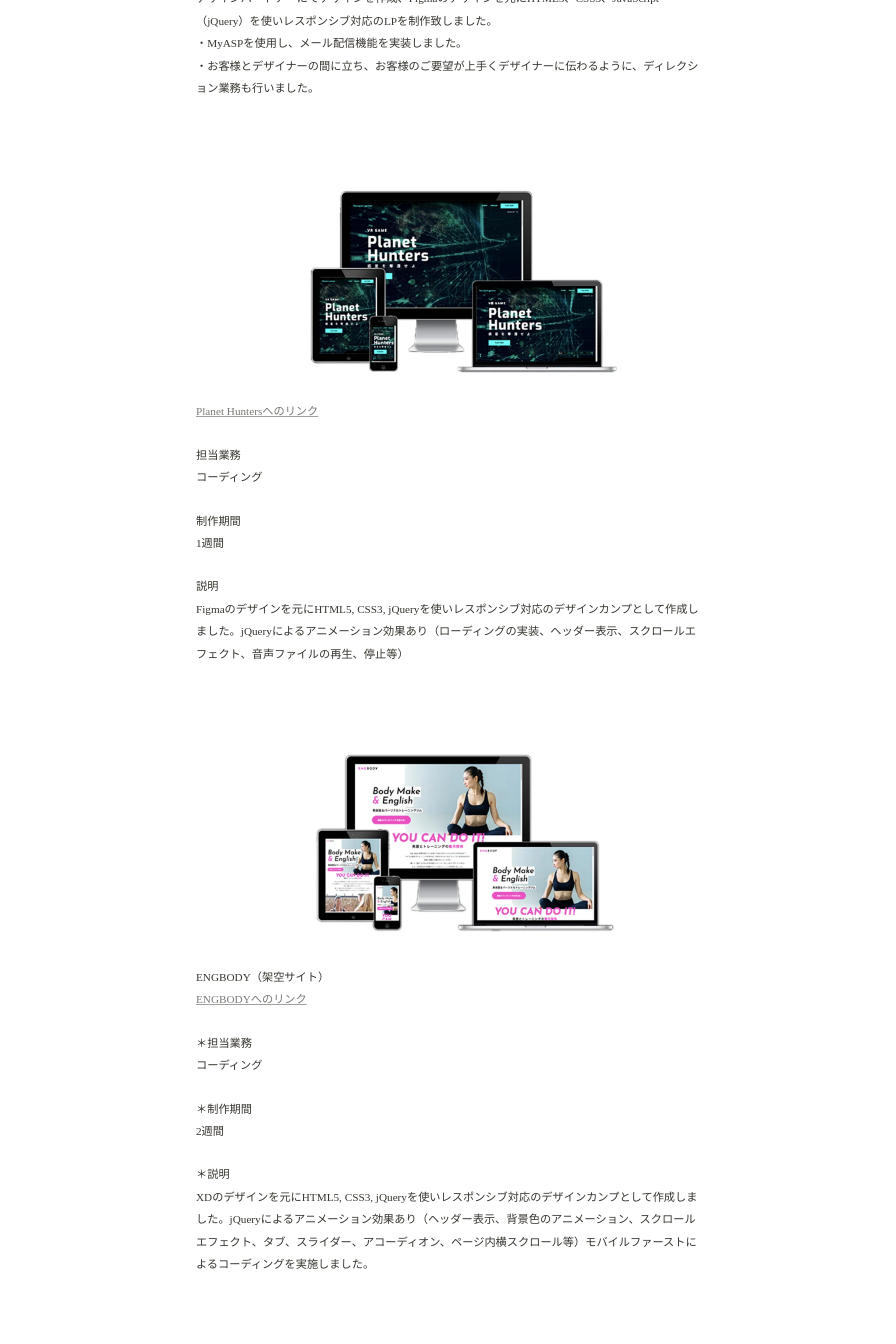
Repository: tetishi/my-portfolio
Page: index.html
These files come from the project's save history. The page is drawn as it stood at one moment and after the next save; the edit follows.
The browser window is 1280 px wide. The pictures show the part of the page from y = 3625 to 5545 px (the page is 11485 px tall before and 11517 px after), at 70% of full size.
The style sheet was rebuilt from its Sass, Less or Tailwind sources for each picture, by a compiler version that may differ from the author's.

Above is the page before, as saved 2024-05-19 15:48:13.

### index.html
<!DOCTYPE html>
<html lang="ja">

<head>
    <meta name="robots" content="noindex">
    <meta charset="UTF-8">
    <meta name="viewport" content="width=device-width, initial-scale=1.0">
    <meta http-equiv="X-UA-Compatible" content="ie=edge">
    <meta property="og:title" content="石田哲朗のポートフォリオ" />
    <meta property="og:type" content="website" />
    <meta property="og:url" content="http://tetsuroishida.com/" />
    <meta property="og:image" content="#" />
    <meta property="og:site_name" content="ポートフォリオ" />
    <meta property="og:description" content="石田哲朗のポートフォリオです。過去の作品、スキル、使用ツール、自己紹介を掲載しております。" />
    <title>石田哲朗のポートフォリオ</title>
    <link rel="stylesheet" href="reset.css">
    <link rel="stylesheet" href="style.css">
    <link rel="icon" href="img/favicon.ico">
</head>

<body>
    <header class="header">
        <div class="header-inner">
            <h1 class="logo">
                <a href="/">
                    <img class="logo_img" src="img/favicon.png" alt="">
                </a>
            </h1>
            <nav class="header-nav">
                <ul class="header-ul">
                    <li class="header-li">
                        <a href="#">過去の作品</a>
                    </li>
                    <li class="header-li">
                        <a href="#">スキル</a>
                    </li>
                    <li class="header-li">
                        <a href="#">使用ツール</a>
                    </li>
                    <li class="header-li">
                        <a href="#">私について</a>
                    </li>
                </ul>
            </nav>
            <button class="mobile-menu_btn">
                <span></span>
                <span></span>
                <span></span>
            </button>
            <div class="mobile-header">
                <nav class="mobile-header_nav">
                    <ul class="mobile-header_ul">
                        <li class="mobile-header_li">
                            <a href="#">過去の作品</a>
                        </li>
                        <li class="mobile-header_li">
                            <a href="#">スキル</a>
                        </li>
                        <li class="mobile-header_li">
                            <a href="#">使用ツール</a>
                        </li>
                        <li class="mobile-header_li">
                            <a href="#">私について</a>
                        </li>
                    </ul>
                </nav>
            </div>
        </div>
    </header>

    <main>

        <section>
            <!-- ここ記入 -->
            <h1>ポートフォリオ<br class="d-none">（石田 哲朗）</h1>
            <p>お忙しい中 ご覧頂きありがとうございます。</p>
            <p>以下、過去の作品でございます。</p>
            <!-- ここ記入 -->
            <!-- <p>ベーシック認証がかかっているものは<br>ID aaa<br>パスワード aaa<br> です。</p> -->
        </section>
        <section>

            <h2>過去の作品</h2>
            <h3 class="sub-tit">LP作成</h3>

            <!-- １作品目 -->
            <div class="work">
                <!-- ここ記入 -->
                <h3 class="work_tit">UNIVERSAL HOLDINGS様／山中湖オリオン</h3>

                <!-- サイトのイメージ写真を入れます -->
                <a class="work_img-link" target="_blank" href="https://orion.universalholdings.jp/">
                    <picture>
                        <source srcset="img/universal-holdings@2x.webp" type="image/webp">
                        <img src="img/universal-holdings@2x.png">
                    </picture>
                </a>
                <p>
                    UNIVERSAL HOLDINGS様の貸別荘ビジネス「山中湖オリオン」についてのLP（ランディングページ）を制作致しました。<br>
                    「山中湖オリオン」は優れた強固な構造が特徴で、長期の運用が可能なフィンランドログを使用した貸別荘です。<br>
                </p>
                <h3 class="details">サイトへのリンク</h3>
                <!-- ここ記入 -->
                <p class="work_link"><a target="_blank" rel="noopener noreferrer" href="https://orion.universalholdings.jp/">UNIVERSAL HOLDINGS様／山中湖オリオンのLPへのリンク</a></p>
                <p class="work_link"><a target="_blank" rel="noopener noreferrer" href="https://orion-salon.universalholdings.jp/">UNIVERSAL HOLDINGS様／山中湖オリオン ABテスト用LPへのリンク</a></p>

                <h3 class="details">担当業務</h3>
                <p>コーディング / WordPress</p>
                <h3 class="details">サイトの目的</h3>
                <p>共同事業パートナーの募集 / 事業の認知</p>
                <h3 class="details">制作期間</h3>
                <!-- ここ記入 -->
                <p>約5日（コーディング / WordPress）</p>
                <h3 class="details">説明</h3>
                <!-- ここ記入 -->
                <p>
                    UNIVERSAL HOLDINGS様の貸別荘ビジネス「山中湖オリオン」についてのLP（ランディングページ）を制作致しました。<br>
                    「山中湖オリオン」は優れた強固な構造が特徴で、長期の運用が可能なフィンランドログを使用した貸別荘です。<br>
                    デザインパートナーにてデザインを作成、Photoshopのデザインを元にHTML5, CSS3, JavaScript(jQuery)を使用しLPをコーディング、WordPress化致しました。<br>
                    ・ユーザーにとってクリックしやすくなるように、ボタンは光るようにコーディングしております。<br>
                    ・ABテスト用に一部異なるデザインのLPも制作致しました。
                </p>
            </div>


            <!-- 2作品目 -->
            <div class="work">
                <!-- ここ記入 -->
                <h3 class="work_tit">合同会社シュアーズ様／AIオートメーションシステムのLP</h3>

                <!-- サイトのイメージ写真を入れます -->
                <a class="work_img-link" target="_blank" href="https://sedori-go.com/automation-b/">
                    <picture>
                        <source srcset="img/automation-b@2x.webp" type="image/webp">
                        <img src="img/automation-b@2x.png">
                    </picture>
                </a>
                <!-- ここ記入 -->
                <p>
                    合同会社シュアーズ様のAIオートメーションシステムについてのLP（ランディングページ）を制作致しました。<br>
                    平凡なサラリーマンがネット販売で独立を叶え、起業初年度に「1億円」を叶えた特効薬（秘密）を初公開しております。
                </p>

                <h3 class="details">サイトへのリンク</h3>
                <p class="work_link"><a target="_blank" rel="noopener noreferrer" href="https://sedori-go.com/automation-b/">AIオートメーションシステムのLPへのリンク</a></p>

                <h3 class="details">担当業務</h3>
                <p>コーディング / ディレクション</p>

                <h3 class="details">サイトの目的</h3>
                <p>サービスの認知 / 新規クライアントの獲得</p>

                <h3 class="details">制作期間</h3>
                <!-- ここ記入 -->
                <p>5日（コーディング / ディレクション）</p>

                <h3 class="details">説明</h3>
                <!-- ここ記入 -->
                <p>デザインパートナーにてデザインを作成、Figmaのデザインを元にHTML5、CSS3、JavaScript（jQuery）を使いレスポンシブ対応のLPを制作致しました。<br>
                    ・MyASPを使用し、メール配信機能を実装しました。<br>
                    ・お客様とデザイナーの間に立ち、お客様のご要望が上手くデザイナーに伝わるように、ディレクション業務も行いました。
                </p>
            </div>

            <!-- 3作品目 -->
            <div class="work">
                <h3 class="work_tit">合同会社シュアーズ様／AIオートメーションのLP</h3>

                <!-- サイトのイメージ写真を入れます -->
                <a class="work_img-link" target="_blank" href="https://sedori-go.com/automationlp/">
                    <picture>
                        <source srcset="img/automation-a@2x.webp" type="image/webp">
                        <img src="img/automation-a@2x.png">
                    </picture>
                </a>
                <!-- ここ記入 -->
                <p>
                    合同会社シュアーズ様のAIオートメーションシステムについてのLP（ランディングページ）を制作致しました。<br>
                    自分でリサーチしない、勝手に利益商品をみつけてくれるAIオートメーションシステムです。
                </p>

                <h3 class="details">サイトへのリンク</h3>
                <p class="work_link"><a target="_blank" rel="noopener noreferrer" href="https://sedori-go.com/automationlp/">AIオートメーションのLPへのリンク</a></p>

                <h3 class="details">担当業務</h3>
                <p>コーディング / ディレクション</p>

                <h3 class="details">制作期間</h3>
                <!-- ここ記入 -->
                <!-- <p>11日（6日デザイン、5日コーディング）</p> -->
                <p>5日（コーディング / ディレクション）</p>

                <h3 class="details">説明</h3>
                <!-- ここ記入 -->
                <p>デザインパートナーにてデザインを作成、Figmaのデザインを元にHTML5、CSS3、JavaScript（jQuery）を使いレスポンシブ対応のLPを制作致しました。<br>
                    ・MyASPを使用し、メール配信機能を実装しました。<br>
                    ・お客様とデザイナーの間に立ち、お客様のご要望が上手くデザイナーに伝わるように、ディレクション業務も行いました。
                </p>
            </div>

            <!-- 4作品目 -->
            <div class="work">
                <!-- サイトのイメージ写真を入れます -->
                <picture>
                    <source srcset="img/planet-hunters@2x.webp" type="image/webp">
                    <img src="img/planet-hunters@2x.png">
                </picture>
                <!-- ここ記入 -->
                <p class="work_link"><a target="_blank" rel="noopener noreferrer" href="https://tetishi.github.io/planet-hunters/">Planet Huntersへのリンク</a></p>
                <p class="details">担当業務</p>
                <p>コーディング</p>
                <p class="details">制作期間</p>
                <!-- ここ記入 -->
                <p>1週間</p>
                <p class="details">説明</p>
                <!-- ここ記入 -->
                <p>Figmaのデザインを元にHTML5, CSS3, jQueryを使いレスポンシブ対応のデザインカンプとして作成しました。jQueryによるアニメーション効果あり（ローディングの実装、ヘッダー表示、スクロールエフェクト、音声ファイルの再生、停止等）</p>
            </div>

            <!-- 5作品目 -->
            <div class="work">
                <!-- サイトのイメージ写真を入れます -->
                <picture>
                    <source srcset="img/engbody@2x.webp" type="image/webp">
                    <img src="img/engbody@2x.png">
                </picture>
                <!-- ここ記入 -->
                <p class="work_tit">ENGBODY（架空サイト）</p>
                <!-- ここ記入 -->
                <p class="work_link"><a target="_blank" rel="noopener noreferrer" href="https://tetishi.github.io/engbody/">ENGBODYへのリンク</a></p>
                <p class="details">＊担当業務</p>
                <p>コーディング</p>
                <p class="details">＊制作期間</p>
                <!-- ここ記入 -->
                <p>2週間</p>
                <p class="details">＊説明</p>
                <!-- ここ記入 -->
                <p>XDのデザインを元にHTML5, CSS3, jQueryを使いレスポンシブ対応のデザインカンプとして作成しました。jQueryによるアニメーション効果あり（ヘッダー表示、背景色のアニメーション、スクロールエフェクト、タブ、スライダー、アコーディオン、ページ内横スクロール等）モバイルファーストによるコーディングを実施しました。</p>
            </div>

            <!-- 　6作品目 -->
            <div class="work">
                <!-- サイトのイメージ写真を入れます -->
                <picture>
                    <source srcset="img/cresta-design@2x.webp" type="image/webp">
                    <img src="img/cresta-design@2x.png">
                </picture>
                <!-- ここ記入 -->
                <p class="work_tit">Cresta Design（架空サイト）</p>
                <!-- ここ記入 -->
                <p class="work_link"><a target="_blank" rel="noopener noreferrer" href="https://tetishi.github.io/cresta-design/">Cresta Designへのリンク</a></p>
                <p class="details">＊担当業務</p>
                <p>コーディング</p>
                <p class="details">＊制作期間</p>
                <!-- ここ記入 -->
                <p>2週間</p>
                <p class="details">＊説明</p>
                <!-- ここ記入 -->
                <p>XDのデザインを元にHTML5, CSS3, jQueryを使いレスポンシブ対応のデザインカンプとして作成しました。jQueryによるアニメーション効果あり（ハンバーガーメニュー、ページ内スクロールボタン）</p>
            </div>

            <!-- 　7作品目 -->
            <div class="work">
                <!-- サイトのイメージ写真を入れます -->
                <picture>
                    <source srcset="img/wdc@2x.webp" type="image/webp">
                    <img src="img/wdc@2x.png">
                </picture>
                <!-- ここ記入 -->
                <p class="work_tit">WDC（架空サイト）</p>
                <!-- ここ記入 -->
                <p class="work_link"><a target="_blank" rel="noopener noreferrer" href="https://tetishi.github.io/wdc/">WDCへのリンク</a></p>
                <p class="details">＊担当業務</p>
                <p>コーディング</p>
                <p class="details">＊制作期間</p>
                <!-- ここ記入 -->
                <p>2週間</p>
                <p class="details">＊説明</p>
                <!-- ここ記入 -->
                <p>XDのデザインを元にHTML5, CSS3, jQueryを使いレスポンシブ対応のデザインカンプとして作成しました。jQueryによるアニメーション効果あり（ページ内スクロールボタン、トップに戻るボタン）</p>
            </div>

            <!-- 　8作品目 -->
            <div class="work">
                <!-- サイトのイメージ写真を入れます -->
                <picture>
                    <source srcset="img/munchkin@2x.webp" type="image/webp">
                    <img src="img/munchkin@2x.png">
                </picture>
                <!-- ここ記入 -->
                <p class="work_tit">MUNCHKIN（架空サイト）</p>
                <!-- ここ記入 -->
                <p class="work_link"><a target="_blank" rel="noopener noreferrer" href="https://tetishi.github.io/munchkin2/">MUNCHKINへのリンク</a></p>
                <p class="details">＊担当業務</p>
                <p>コーディング</p>
                <p class="details">＊制作期間</p>
                <!-- ここ記入 -->
                <p>1週間</p>
                <p class="details">＊説明</p>
                <!-- ここ記入 -->
                <p>XDのデザインを元にHTML5, CSS3, jQueryを使いレスポンシブ対応のデザインカンプとして作成しました。jQueryによるアニメーション効果あり（ハンバーガーメニュー、スクロールボタン）</p>
            </div>


            <h3 class="sub-tit">コーポレイトサイト作成</h3>
            <!-- 　1作品目 -->
            <div class="work">
                <!-- サイトのイメージ写真を入れます -->
                <picture>
                    <source srcset="img/pon-design@2x.webp" type="image/webp">
                    <img src="img/pon-design@2x.png">
                </picture>
                <!-- ここ記入 -->
                <p class="work_tit">PON DESIGN（架空サイト）</p>
                <!-- ここ記入 -->
                <p class="work_link"><a target="_blank" rel="noopener noreferrer" href="https://tetishi.github.io/pon-design/">PON DESIGNへのリンク</a></p>
                <p class="details">＊担当業務</p>
                <p>コーディング</p>
                <p class="details">＊制作期間</p>
                <!-- ここ記入 -->
                <p>約18日</p>
                <p class="details">＊説明</p>
                <!-- ここ記入 -->
                <p>XDのデザインを元にHTML5, CSS3, jQueryを使いレスポンシブ対応のデザインカンプとして作成しました。jQueryによるアニメーション効果あり（ハンバーガーメニュー、スライダー等）</p>
            </div>


            <!-- 　2作品目 -->
            <div class="work">
                <!-- サイトのイメージ写真を入れます -->
                <picture>
                    <source srcset="img/start@2x.webp" type="image/webp">
                    <img src="img/start@2x.png">
                </picture>
                <!-- ここ記入 -->
                <p class="work_tit">START（架空サイト）</p>
                <!-- ここ記入 -->
                <p class="work_link"><a target="_blank" rel="noopener noreferrer" href="https://tetishi.github.io/">STARTへのリンク</a></p>
                <p class="details">＊担当業務</p>
                <p>コーディング</p>
                <p class="details">＊制作期間</p>
                <!-- ここ記入 -->
                <p>1週間</p>
                <p class="details">＊説明</p>
                <!-- ここ記入 -->
                <p>XDのデザインを元にHTML5, CSS3, jQueryを使いレスポンシブ対応のデザインカンプとして作成しました。jQueryによるアニメーション効果あり（ハンバーガーメニュー）</p>
            </div>

            <!-- <div class="work"> -->
                <!-- サイトのイメージ写真を入れます -->
                <!-- <picture>
                    <source srcset="img/#" type="image/webp">
                    <img src="img/#">
                </picture> -->
                <!-- ここ記入 -->
                <!-- <p class="work_tit">ここに作品のタイトルを入れます</p> -->
                <!-- ここ記入 -->
                <!-- <p class="work_link"><a target="_blank" rel="noopener noreferrer" href="#">ここにリンクを入れます</a></p>
                <p class="details">＊担当業務</p>
                <p>コーディング</p>
                <p class="details">＊制作期間</p> -->
                <!-- ここ記入 -->
                <!-- <p>○週間</p>
                <p class="details">＊説明</p> -->
                <!-- ここ記入 -->
                <!-- <p>ここに説明文を入れます</p>
            </div> -->


        </section>
        <section>
            <h2>スキル</h2>
            <h3 class="info-tit">使用言語</h3>
            <p>HTML / CSS / Sass / Javascript / SEO / PHP</p>
            <h3 class="info-tit">フレ-ムワーク</h3>
            <p>jQuery / WordPress</p>
        </section>
        <section>
            <h2>使用ツール</h2>
            <h3 class="info-tit">エディター</h3>
            <p>Visual Studio Code</p>
            <h3 class="info-tit">テストサーバー</h3>
            <p>シン・クラウド for Free / エックスフリー</p>
            <h3 class="info-tit">バージョン管理ツール</h3>
            <p>GitHub</p>
            <h3 class="info-tit">連絡ツール</h3>
            <p>slack / Chatwork</p>
        </section>
        <section>
            <h2>私について</h2>
            <!-- 自分の写真を入れます -->
            <picture>
                <source srcset="img/myself.webp" type="image/webp">
                <img class="people" src="img/myself.jpeg">
            </picture>
            <!-- <img class="people" src="img/myself.jpeg"> -->
            <h3 class="info-tit">名前</h3>
            <!-- ここ記入 -->
            <p>石田 哲朗</p>
            <h3 class="info-tit">生年月日</h3>
            <!-- ここ記入 -->
            <p>1992年11月12日</p>
            <h3 class="info-tit">出身</h3>
            <!-- ここ記入 -->
            <p>奈良県</p>
            <h3 class="info-tit">経歴</h3>
            <!-- ここ記入 -->
            <ul class="carrier-list">
                <li class="carrier-item">
                    <p class="carrier-year">2015</p>
                    <p class="carrier-content">大阪の大学を経済学部で卒業</p>
                </li>
                <li class="carrier-item">
                    <p class="carrier-year">2015 - 2017</p>
                    <p class="carrier-content">アメリカ、ロサンゼルスの語学学校で英語を学ぶ</p>
                </li>
                <li class="carrier-item">
                    <p class="carrier-year">2017 - 2019</p>
                    <p class="carrier-content">カリフォルニア州オークランドにあるLaney Collegeにてコンピュータプログラミング専攻し卒業</p>
                </li>
                <li class="carrier-item">
                    <p class="carrier-year">2019</p>
                    <p class="carrier-content">フリーランスのWebエンジニアとして活動</p>
                </li>
                <li class="carrier-item">
                    <p class="carrier-year">2019 - 2020</p>
                    <p class="carrier-content">プログラミングスクールにてRuby on Ralisなどを学び実際に業務としてWeb開発を実施</p>
                </li>
                <li class="carrier-item">
                    <p class="carrier-year">2021 ~ 2023</p>
                    <p class="carrier-content">ネットワークエンジニアとして勤務</p>
                </li>
                <li class="carrier-item">
                    <p class="carrier-year">2022 ~ 現在</p>
                    <p class="carrier-content">フリーランスのWebエンジニアとして活動中</p>
                </li>
            </ul>
        </section>



    </main>

    <footer class="footer">
        <div class="footer-copyright">
            <p>
                © 2023 Tetsuro Ishida's portfolio All rights reserved
            </p>
        </div>
    </footer>

</body>

</html>

### reset.css
/*
html5doctor.com Reset Stylesheet
v1.6.1
Last Updated: 2010-09-17
Author: Richard Clark - http://richclarkdesign.com
Twitter: @rich_clark
*/

html,
body,
div,
span,
object,
iframe,
h1,
h2,
h3,
h4,
h5,
h6,
p,
blockquote,
pre,
abbr,
address,
cite,
code,
del,
dfn,
em,
img,
ins,
kbd,
q,
samp,
small,
strong,
sub,
sup,
var,
b,
i,
dl,
dt,
dd,
ol,
ul,
li,
fieldset,
form,
label,
legend,
table,
caption,
tbody,
tfoot,
thead,
tr,
th,
td,
article,
aside,
canvas,
details,
figcaption,
figure,
footer,
header,
hgroup,
menu,
nav,
section,
summary,
time,
mark,
audio,
video {
    margin: 0;
    padding: 0;
    border: 0;
    outline: 0;
    font-size: 100%;
    vertical-align: baseline;
    background: transparent;
}

body {
    line-height: 1;
}

article,
aside,
details,
figcaption,
figure,
footer,
header,
hgroup,
menu,
nav,
section {
    display: block;
}

nav ul {
    list-style: none;
}

blockquote,
q {
    quotes: none;
}

blockquote:before,
blockquote:after,
q:before,
q:after {
    content: '';
    content: none;
}

a {
    margin: 0;
    padding: 0;
    font-size: 100%;
    vertical-align: baseline;
    background: transparent;
}


/* change colours to suit your needs */

ins {
    background-color: #ff9;
    color: #000;
    text-decoration: none;
}


/* change colours to suit your needs */

mark {
    background-color: #ff9;
    color: #000;
    font-style: italic;
    font-weight: bold;
}

del {
    text-decoration: line-through;
}

abbr[title],
dfn[title] {
    border-bottom: 1px dotted;
    cursor: help;
}

table {
    border-collapse: collapse;
    border-spacing: 0;
}


/* change border colour to suit your needs */

hr {
    display: block;
    height: 1px;
    border: 0;
    border-top: 1px solid #cccccc;
    margin: 1em 0;
    padding: 0;
}

input,
select {
    vertical-align: middle;
}


/*end reset css*/

Loaded but not shown: style.scss (210 lines, source omitted)

After the next save:
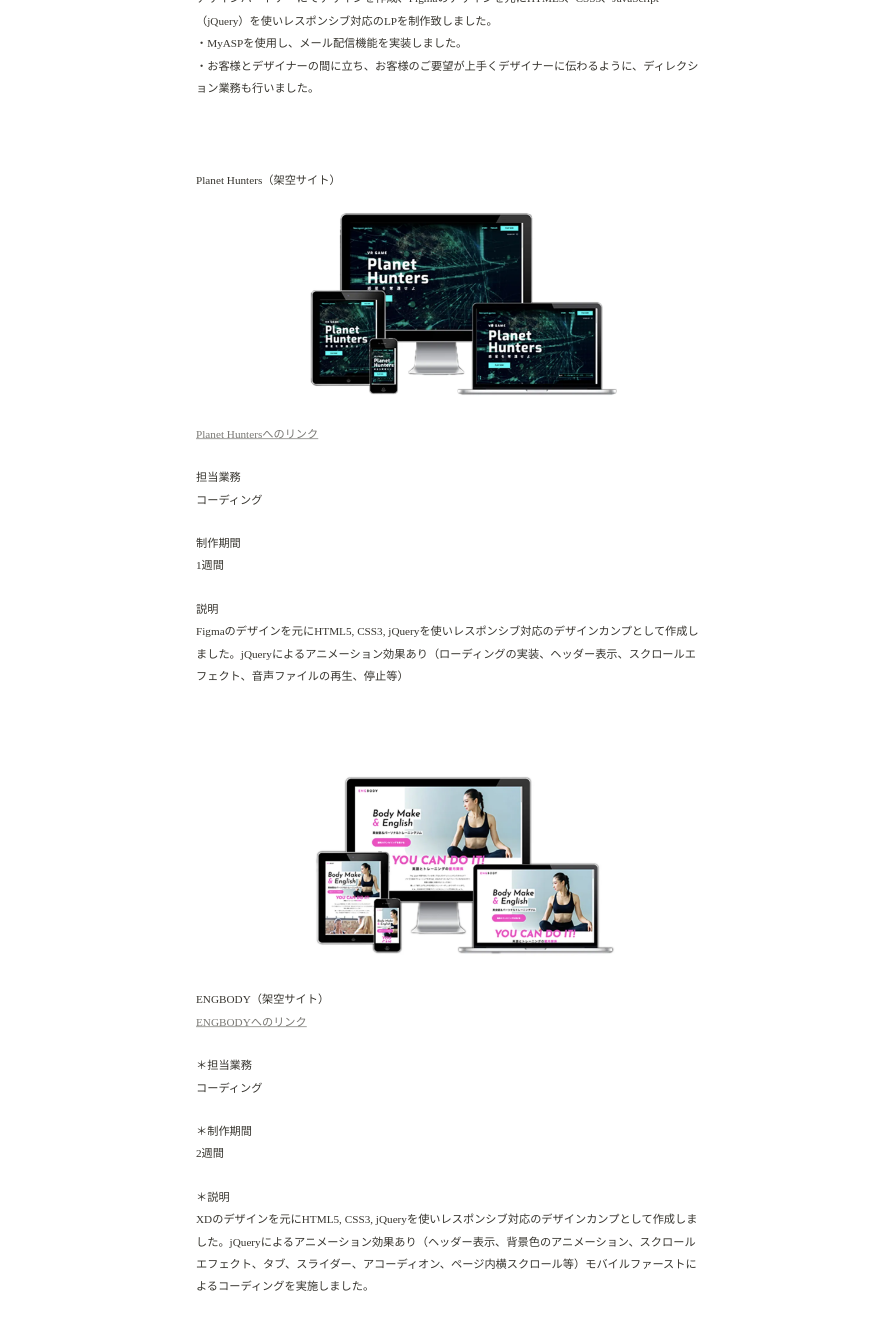
Saved 4 s later.
--- a/index.html
+++ b/index.html
@@ -200,6 +200,9 @@
 
             <!-- 4作品目 -->
             <div class="work">
+                                <!-- ここ記入 -->
+                                <p class="work_tit">Planet Hunters（架空サイト）</p>
+
                 <!-- サイトのイメージ写真を入れます -->
                 <picture>
                     <source srcset="img/planet-hunters@2x.webp" type="image/webp">
